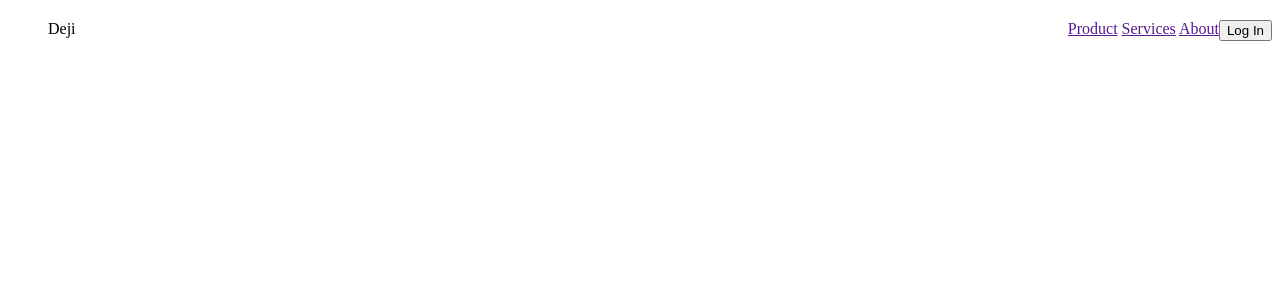
Repository: imokha01/Flexbox-and-Position-Example
Page: index.html
An editor plug-in stored every save of this project. The page is shown before and after the next save, followed by the edit.
The browser window is 1280 px wide. The pictures show the whole page.

Above is the page before, as saved 2023-11-21 15:28:52.

### index.html
<!DOCTYPE html>
<html lang="en">
  <head>
    <meta charset="UTF-8" />
    <meta name="viewport" content="width=device-width, initial-scale=1.0" />
    <title>Document</title>
    <link rel="stylesheet" href="./index.css" />
  </head>
  <body>
    <nav>
      <div id="logo">Deji</div>
      <div class="right">
        <div class="link_container">
          <a href="">Product</a>
          <a href="">Services</a>
          <a href="">About</a>
        </div>
        <button>Log In</button>
      </div>
    </nav>
  </body>
</html>

### index.css
nav {
    display: flex;
    justify-content: space-between;
    margin-left: 40px;
    margin-right: 4opx;
    margin-top: 20px;
    font-family: va;
}

.right {
    display: flex;
}

After the next save:
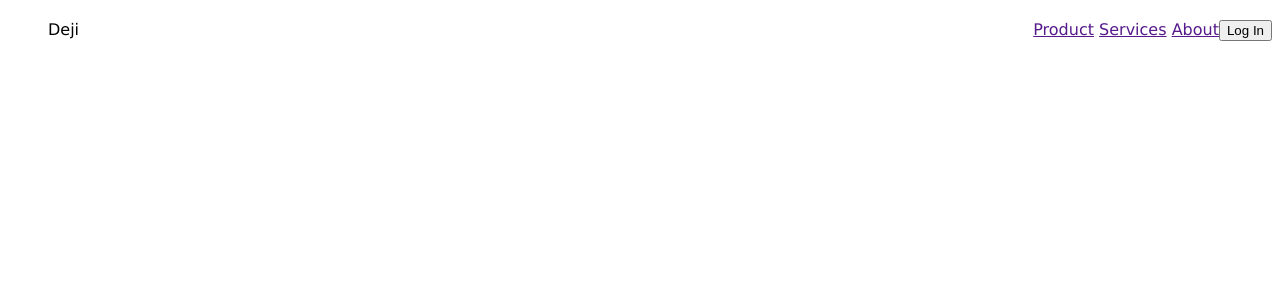
Saved 6 s later.
--- a/index.css
+++ b/index.css
@@ -4,7 +4,7 @@
     margin-left: 40px;
     margin-right: 4opx;
     margin-top: 20px;
-    font-family: va;
+    font-family: Verdana, Geneva, Tahoma, sans-serif;
 }
 
 .right {
